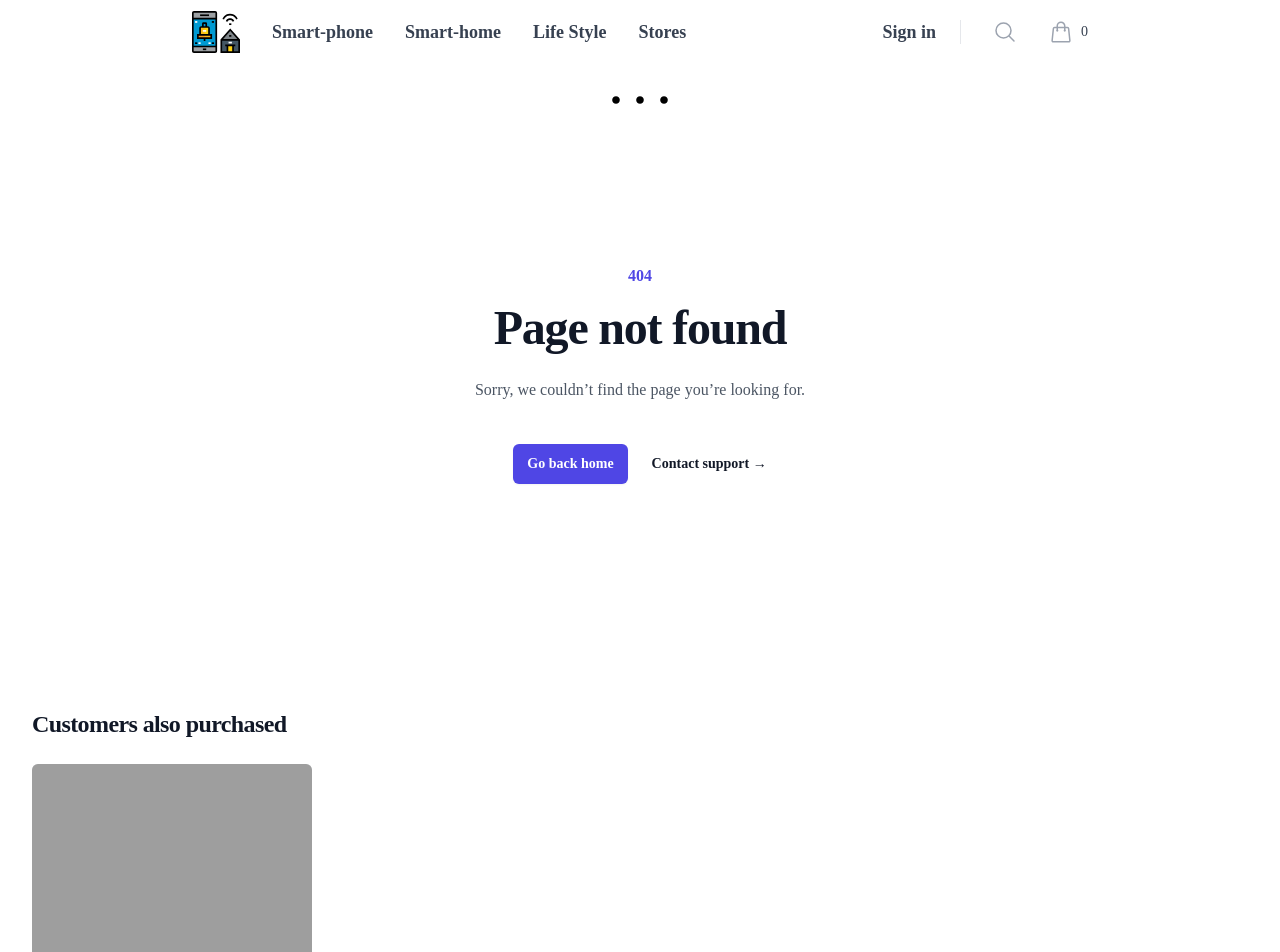
Repository: Gunplay/Smart-Home
Page: /
These files come from the project's save history. The page is drawn as it stood at one moment and after the next save; the edit follows.
The browser window is 1280 px wide. The pictures show the part of the page from y = 0 to 952 px (the page is 1856 px tall before and 1816 px after).
Pictures or frames that could not be fetched are drawn as grey boxes. The project was rebuilt for these pictures with package versions that can differ from the ones it lists, and the page was loaded fresh each time. Also part of the build but not shown: vite.config.js, vite.config.ts.

Above is the page before, as saved 2024-06-25 12:51:22.

After the next save:
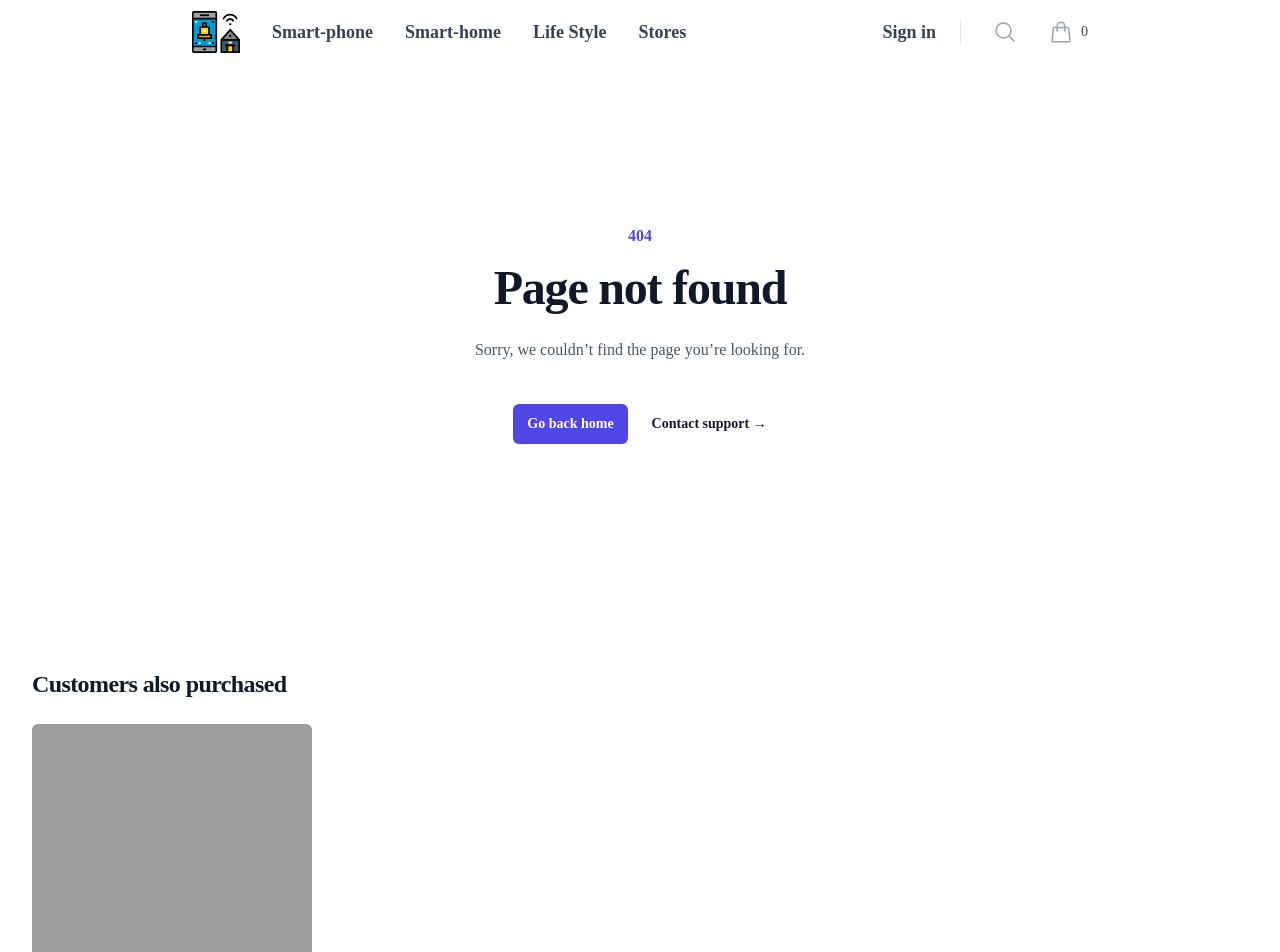
Saved 27 s later.
--- a/src/components/Carousel/index.tsx
+++ b/src/components/Carousel/index.tsx
@@ -49,7 +49,7 @@ const Carousel = () => {
 			<div className='hidden group-hover:block absolute top-[50%] translate-y-[-50%] right-5 text-2xl rounded-full p-2 bg-black/20 text-white cursor-pointer'>
 				<BsChevronCompactRight size={30} onClick={nextSlide} />
 			</div>
-			<div className='flex top-4 justify-center py-2 ab'>
+			<div className='flex top-4 justify-center py-2 ab absolute'>
 				{slides.map((slide, slideIndex) => (
 					<div
 						key={slideIndex}
